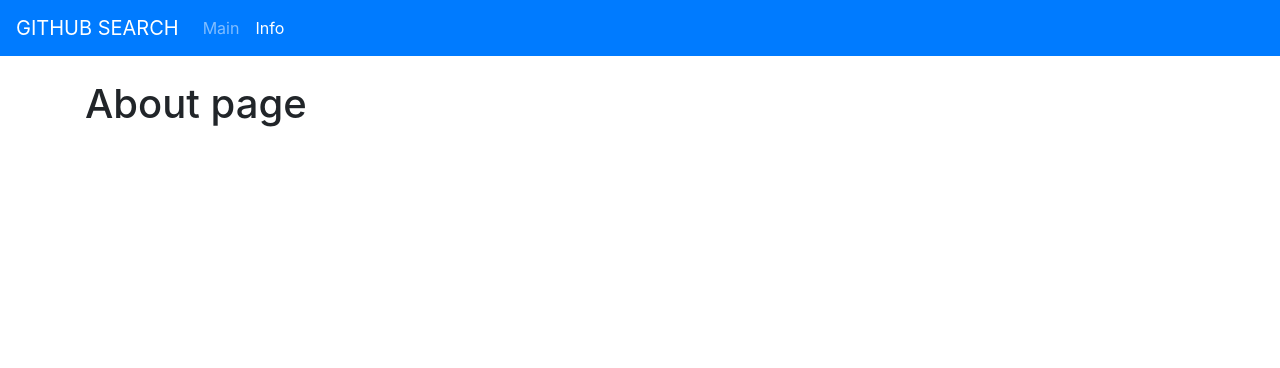
Repository: PGVlasov/react-hooks-petr
Page: /about
The author's editor kept a copy of each file at every save. The page is drawn from the files as they stood at one save, then again after the next save.
The browser window is 1280 px wide. The pictures show the whole page.
The project was rebuilt for these pictures with package versions that can differ from the ones it lists, and the page was loaded fresh each time. Imported but missing from the stored project, and not drawn on this page: src/pages/Home, src/pages/Profile.

Above is the page before, as saved 2020-10-15 13:42:22.

After the next save:
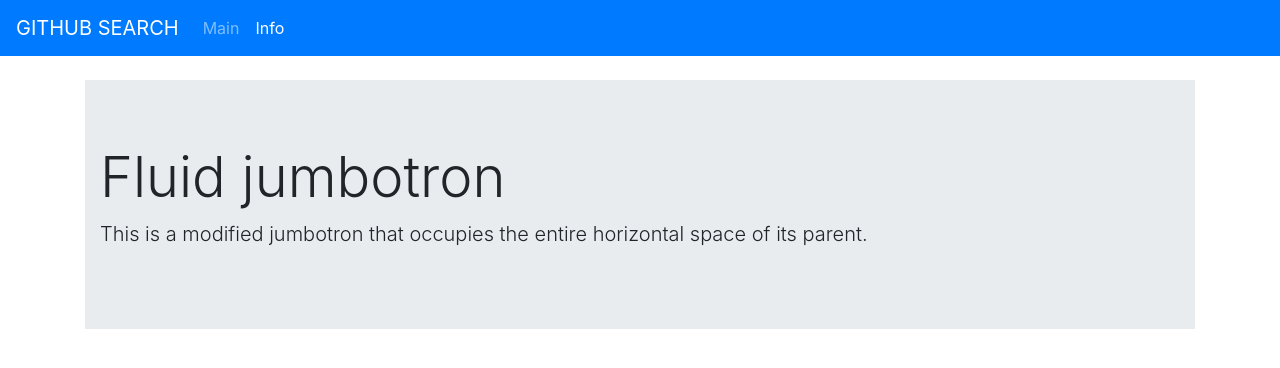
Saved 106 s later.
--- a/src/pages/About.js
+++ b/src/pages/About.js
@@ -2,8 +2,14 @@ import React from "react";
 
 export const About = () => {
   return (
-    <div>
-      <h1>About page</h1>
+    <div className="jumbotron jumbotron-fluid">
+      <div className="container">
+        <h1 className="display-4">Fluid jumbotron</h1>
+        <p className="lead">
+          This is a modified jumbotron that occupies the entire horizontal space
+          of its parent.
+        </p>
+      </div>
     </div>
   );
 };
